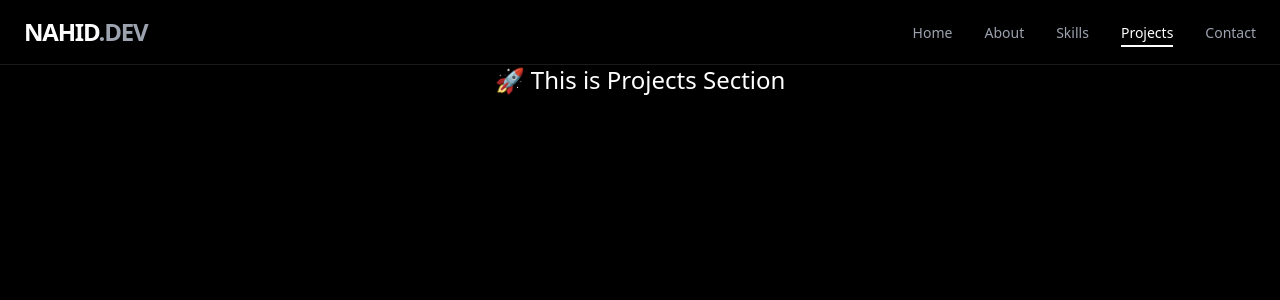
Repository: nahid-hasann/portfolio
Page: /projects
An editor plug-in stored every save of this project. The page is shown before and after the next save, followed by the edit.
The browser window is 1280 px wide. The pictures show the whole page.
The project was rebuilt for these pictures with package versions that can differ from the ones it lists, and the page was loaded fresh each time. Also part of the build but not shown: vite.config.js, src/component/Hero.jsx, src/page/Home.jsx.

Above is the page before, as saved 2026-01-05 14:58:14.

### index.html
<!doctype html>
<html data-theme="light" lang="en">
  <head>
    <meta charset="UTF-8" />
    <link rel="icon" type="image/svg+xml" href="/vite.svg" />
    <meta name="viewport" content="width=device-width, initial-scale=1.0" />
    <title>my-portfolio</title>
  </head>
  <body>
    <div id="root"></div>
    <script type="module" src="/src/main.jsx"></script>
  </body>
</html>

### src/main.jsx
import { StrictMode } from 'react'
import { createRoot } from 'react-dom/client'
import './index.css'
import App from './App.jsx'
import {
  createBrowserRouter,
  RouterProvider,
} from "react-router-dom";
import Home from './page/Home.jsx';

const router = createBrowserRouter([
  {
    path: "/",
    element: <App />,
    children: [
      {
        path: "/",
        element: <Home></Home>,
      },
      {
        path: "/about",
        element: <div className="text-center mt-10 text-2xl">ℹ️ This is About Section</div>,
      },
      {
        path: "/projects",
        element: <div className="text-center mt-10 text-2xl">🚀 This is Projects Section</div>,
      },
      {
        path: "/contact",
        element: <div className="text-center mt-10 text-2xl">📞 This is Contact Section</div>,
      },
      {
        path: "/skills",
        element: <div className="text-center mt-10 text-2xl" >this is skill </div>
      }
    ]
  },
]);

createRoot(document.getElementById('root')).render(
  <StrictMode>
    <RouterProvider router={router} />
  </StrictMode>,
)

### src/index.css
@tailwind base;
@tailwind components;
@tailwind utilities;

html {
    scroll-behavior: smooth;
    background-color: #000000;

    color: #ffffff;
}


::-webkit-scrollbar {
    width: 8px;
}

::-webkit-scrollbar-track {
    background: #1a1a1a;
}

::-webkit-scrollbar-thumb {
    background: #444;
    border-radius: 4px;
}

::-webkit-scrollbar-thumb:hover {
    background: #fff;
}

### src/App.jsx
import React from 'react';
import { Outlet } from 'react-router-dom';
import Navbar from './component/Navbar';
// import Navbar from './components/Navbar';

function App() {
  return (
    <div>

      <Navbar />

      <div className="min-h-screen container mx-auto px-4 py-6">
        <Outlet />
      </div>
    </div>
  );
}

export default App;

### src/component/Navbar.jsx
import React, { useState } from 'react';
import { Link, useLocation } from 'react-router-dom';
import { motion, AnimatePresence } from 'framer-motion';
import { FaBars, FaTimes } from 'react-icons/fa';

const Navbar = () => {
    const [isOpen, setIsOpen] = useState(false);
    const location = useLocation();

    // মেনু আইটেমগুলোর লিস্ট
    const navLinks = [
        { name: 'Home', path: '/' },
        { name: 'About', path: '/about' },
        { name: 'Skills', path: '/skills' },
        { name: 'Projects', path: '/projects' },
        { name: 'Contact', path: '/contact' },
    ];

    // এক্টিভ লিংক চেক করার ফাংশন
    const isActive = (path) => location.pathname === path;

    return (
        <nav className="fixed top-0 left-0 right-0 z-50 bg-black/80 backdrop-blur-md border-b border-white/10">
            <div className="container mx-auto px-6 py-4 flex justify-between items-center">

                {/* Logo Area */}
                <motion.div
                    initial={{ opacity: 0, x: -20 }}
                    animate={{ opacity: 1, x: 0 }}
                    transition={{ duration: 0.5 }}
                >
                    <Link to="/" className="text-2xl font-bold tracking-tighter text-white">
                        NAHID<span className="text-gray-400">.DEV</span>
                    </Link>
                </motion.div>

                {/* Desktop Menu */}
                <div className="hidden md:flex space-x-8">
                    {navLinks.map((link, index) => (
                        <motion.div
                            key={index}
                            initial={{ opacity: 0, y: -10 }}
                            animate={{ opacity: 1, y: 0 }}
                            transition={{ delay: 0.1 * index, duration: 0.5 }}
                        >
                            <Link
                                to={link.path}
                                className={`text-sm font-medium transition-colors duration-300 relative group ${isActive(link.path) ? 'text-white' : 'text-gray-400 hover:text-white'
                                    }`}
                            >
                                {link.name}
                                {/* Hover Underline Animation */}
                                <span className={`absolute left-0 bottom-[-5px] w-0 h-[2px] bg-white transition-all duration-300 group-hover:w-full ${isActive(link.path) ? 'w-full' : ''}`}></span>
                            </Link>
                        </motion.div>
                    ))}
                </div>

                {/* Mobile Menu Button */}
                <div className="md:hidden">
                    <button onClick={() => setIsOpen(!isOpen)} className="text-white focus:outline-none text-2xl">
                        {isOpen ? <FaTimes /> : <FaBars />}
                    </button>
                </div>
            </div>

            {/* Mobile Dropdown Menu (AnimatePresence for smooth exit) */}
            <AnimatePresence>
                {isOpen && (
                    <motion.div
                        initial={{ opacity: 0, height: 0 }}
                        animate={{ opacity: 1, height: 'auto' }}
                        exit={{ opacity: 0, height: 0 }}
                        className="md:hidden bg-black border-b border-white/10 overflow-hidden"
                    >
                        <div className="flex flex-col items-center py-6 space-y-4">
                            {navLinks.map((link) => (
                                <Link
                                    key={link.name}
                                    to={link.path}
                                    onClick={() => setIsOpen(false)}
                                    className={`text-lg font-medium ${isActive(link.path) ? 'text-white' : 'text-gray-400'}`}
                                >
                                    {link.name}
                                </Link>
                            ))}
                        </div>
                    </motion.div>
                )}
            </AnimatePresence>
        </nav>
    );
};

export default Navbar;

### tailwind.config.js
/** @type {import('tailwindcss').Config} */
export default {
    content: [
        "./index.html",
        "./src/**/*.{js,ts,jsx,tsx}",
    ],
    theme: {
        extend: {},
    },
    plugins: [
        require('daisyui'),
    ],
  }

After the next save:
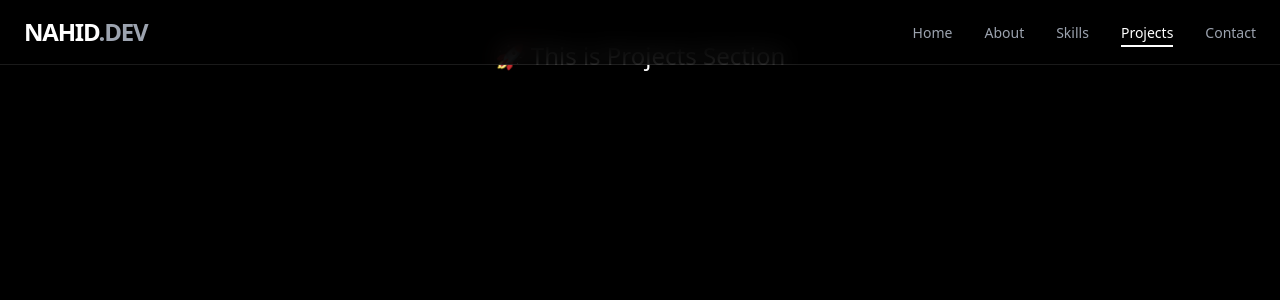
Saved 2 min 36 s later.
--- a/src/App.jsx
+++ b/src/App.jsx
@@ -9,7 +9,7 @@ function App() {
 
       <Navbar />
 
-      <div className="min-h-screen container mx-auto px-4 py-6">
+      <div className="w-full">
         <Outlet />
       </div>
     </div>
